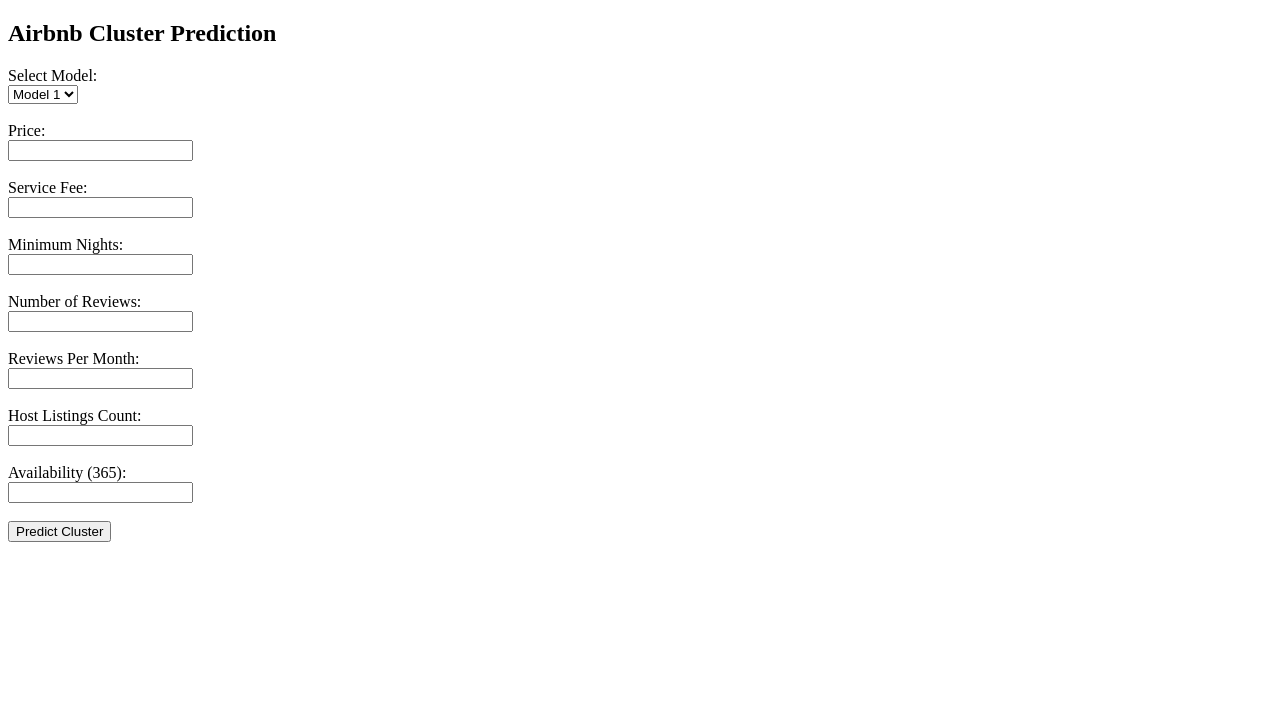
Repository: Manita-Gurung/kmean
Page: http://localhost/
The author's editor kept a copy of each file at every save. The page is drawn from the files as they stood at one save, then again after the next save.
The browser window is 1280 px wide. The pictures show the whole page.
The page is served by the project's application, run on Flask 3 (app.py).

Above is the page before, as saved 2025-06-12 02:52:29.

### templates/index.html
<!DOCTYPE html>
<html>
<head>
    <title>Airbnb Cluster Prediction</title>
</head>
<body>
    <h2>Airbnb Cluster Prediction</h2>

    <form method="POST" action="/predict">
        <label>Select Model:</label><br>
        <select name="model">
            <option>Model 1</option>
            <option>Model 2</option>
            <option>Model 3</option>
            <option>Model 4</option>
        </select><br><br>

        <label>Price:</label><br><input name="price"><br><br>
        <label>Service Fee:</label><br><input name="service_fee"><br><br>
        <label>Minimum Nights:</label><br><input name="minimum_nights"><br><br>
        <label>Number of Reviews:</label><br><input name="number_of_reviews"><br><br>
        <label>Reviews Per Month:</label><br><input name="reviews_per_month"><br><br>
        <label>Host Listings Count:</label><br><input name="calculated_host_listings_count"><br><br>
        <label>Availability (365):</label><br><input name="availability_365"><br><br>

        <input type="submit" value="Predict Cluster">
    </form>

    {% if prediction_text %}
        <h3>{{ prediction_text }}</h3>
    {% endif %}
</body>
</html>

### app.py
import pickle
import numpy as np
from flask import Flask, request, render_template

# Load simple model and scaler
model = pickle.load(open("simple_model.pkl", "rb"))
scaler = pickle.load(open("simple_scaler.pkl", "rb"))

app = Flask(__name__)

@app.route('/')
def home():
    return render_template('index.html')

@app.route('/predict', methods=['POST'])
def predict():
    input_features = [
        float(request.form['price']),
        float(request.form['service_fee']),
        float(request.form['minimum_nights']),
        float(request.form['number_of_reviews']),
        float(request.form['reviews_per_month']),
        float(request.form['calculated_host_listings_count']),
        float(request.form['availability_365'])
    ]

    scaled_features = scaler.transform([input_features])
    prediction = model.predict(scaled_features)[0]

    return render_template('index.html', prediction_text=f'The listing belongs to Cluster: {prediction}')

if __name__ == "__main__":
    app.run(debug=True)

After the next save:
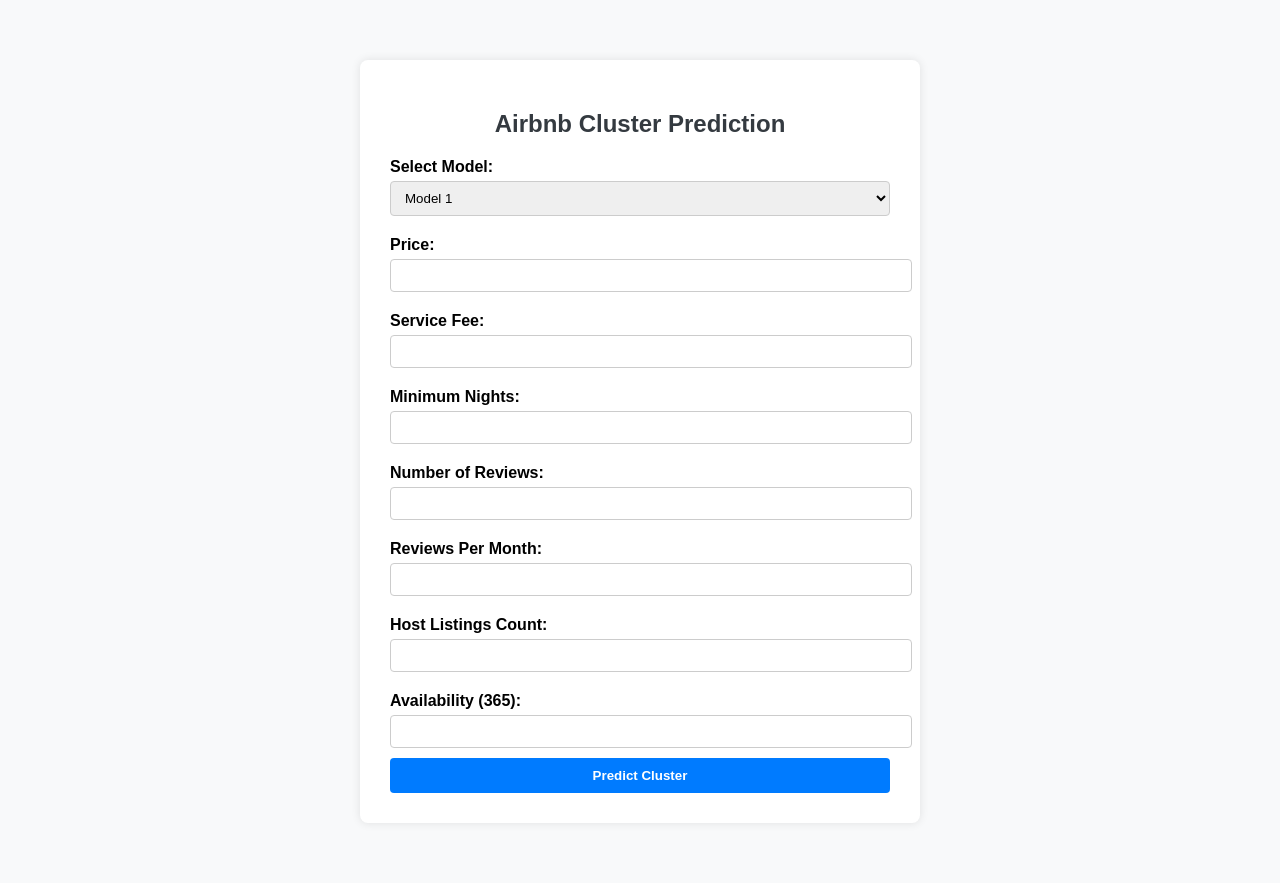
Saved 3 min 19 s later.
--- a/templates/index.html
+++ b/templates/index.html
@@ -2,32 +2,106 @@
 <html>
 <head>
     <title>Airbnb Cluster Prediction</title>
+    <style>
+        body {
+            font-family: Arial, sans-serif;
+            background-color: #f8f9fa;
+            margin: 0;
+            padding: 20px;
+        }
+
+        .container {
+            background-color: white;
+            padding: 30px;
+            max-width: 500px;
+            margin: 40px auto;
+            box-shadow: 0 0 10px rgba(0,0,0,0.1);
+            border-radius: 8px;
+        }
+
+        h2 {
+            text-align: center;
+            margin-bottom: 20px;
+            color: #343a40;
+        }
+
+        label {
+            font-weight: bold;
+            display: block;
+            margin-top: 10px;
+            margin-bottom: 5px;
+        }
+
+        input[type="text"], select {
+            width: 100%;
+            padding: 8px 10px;
+            margin-bottom: 10px;
+            border: 1px solid #ccc;
+            border-radius: 4px;
+        }
+
+        input[type="submit"] {
+            background-color: #007bff;
+            color: white;
+            padding: 10px;
+            border: none;
+            width: 100%;
+            border-radius: 4px;
+            cursor: pointer;
+            font-weight: bold;
+        }
+
+        input[type="submit"]:hover {
+            background-color: #0056b3;
+        }
+
+        .result {
+            margin-top: 20px;
+            font-size: 1.1em;
+            text-align: center;
+            color: green;
+        }
+    </style>
 </head>
 <body>
-    <h2>Airbnb Cluster Prediction</h2>
+    <div class="container">
+        <h2>Airbnb Cluster Prediction</h2>
+        <form method="POST" action="/predict">
+            <label>Select Model:</label>
+            <select name="model">
+                <option>Model 1</option>
+                <option>Model 2</option>
+                <option>Model 3</option>
+                <option>Model 4</option>
+            </select>
 
-    <form method="POST" action="/predict">
-        <label>Select Model:</label><br>
-        <select name="model">
-            <option>Model 1</option>
-            <option>Model 2</option>
-            <option>Model 3</option>
-            <option>Model 4</option>
-        </select><br><br>
+            <label>Price:</label>
+            <input type="text" name="price">
 
-        <label>Price:</label><br><input name="price"><br><br>
-        <label>Service Fee:</label><br><input name="service_fee"><br><br>
-        <label>Minimum Nights:</label><br><input name="minimum_nights"><br><br>
-        <label>Number of Reviews:</label><br><input name="number_of_reviews"><br><br>
-        <label>Reviews Per Month:</label><br><input name="reviews_per_month"><br><br>
-        <label>Host Listings Count:</label><br><input name="calculated_host_listings_count"><br><br>
-        <label>Availability (365):</label><br><input name="availability_365"><br><br>
+            <label>Service Fee:</label>
+            <input type="text" name="service_fee">
 
-        <input type="submit" value="Predict Cluster">
-    </form>
+            <label>Minimum Nights:</label>
+            <input type="text" name="minimum_nights">
 
-    {% if prediction_text %}
-        <h3>{{ prediction_text }}</h3>
-    {% endif %}
+            <label>Number of Reviews:</label>
+            <input type="text" name="number_of_reviews">
+
+            <label>Reviews Per Month:</label>
+            <input type="text" name="reviews_per_month">
+
+            <label>Host Listings Count:</label>
+            <input type="text" name="calculated_host_listings_count">
+
+            <label>Availability (365):</label>
+            <input type="text" name="availability_365">
+
+            <input type="submit" value="Predict Cluster">
+        </form>
+
+        {% if prediction_text %}
+            <div class="result">{{ prediction_text }}</div>
+        {% endif %}
+    </div>
 </body>
 </html>
